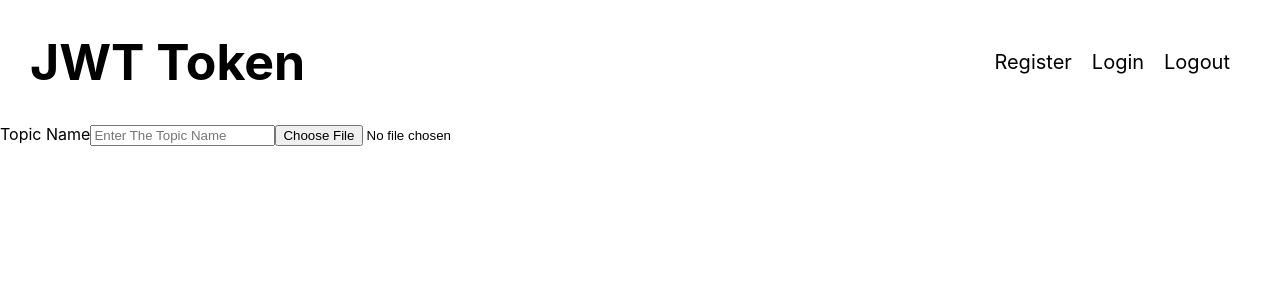
Repository: Prafullkuma/jwttoken
Page: /admin
These files come from the project's save history. The page is drawn as it stood at one moment and after the next save; the edit follows.
The browser window is 1280 px wide. The pictures show the whole page.
The project was rebuilt for these pictures with package versions that can differ from the ones it lists, and the page was loaded fresh each time. Also part of the build but not shown: src/App.css, src/component/Auth/Signup.js, src/component/Auth/Signin.js, src/component/User/User.js, src/component/Admin/Dashboard.css, src/component/Home/Home.js, src/component/Auth/Logout.js.

Above is the page before, as saved 2020-08-22 21:17:13.

After the next save:
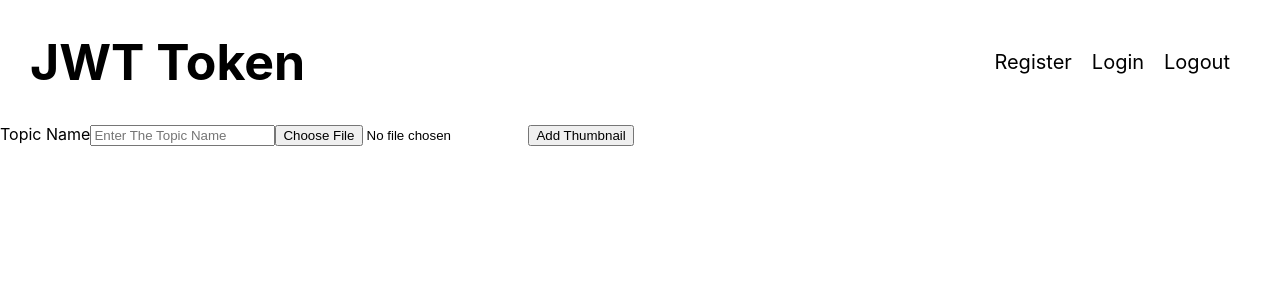
Saved 52 s later.
--- a/src/component/Admin/Dashboard.js
+++ b/src/component/Admin/Dashboard.js
@@ -11,6 +11,7 @@ function Dashboard() {
                 onChange={e => setTopic(e.target.value)}
                 placeholder="Enter The Topic Name" />
             <input type="file" />
+            <button> Add Thumbnail</button>
 
         </div>
     )
